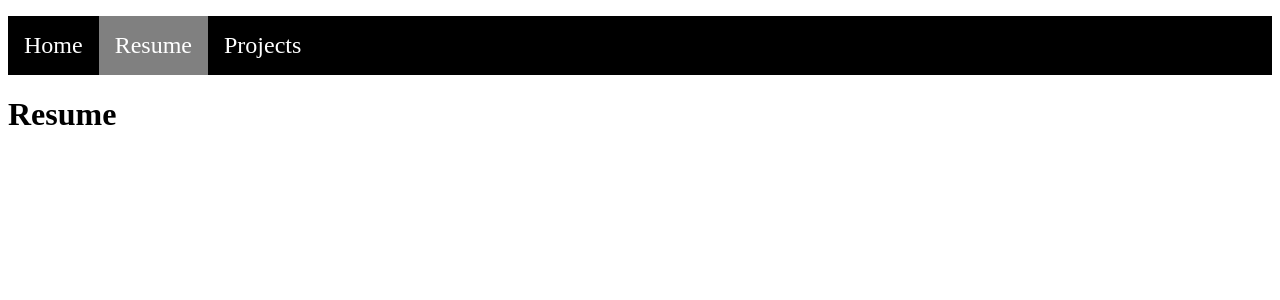
Repository: pflores002/pflores002.github.io
Page: resume.html
The author's editor kept a record of every edit. The page is drawn from the files as they stood at one moment, then again after the next edit.
The browser window is 1280 px wide. The pictures show the whole page.

Above is the page before.

### resume.html
<!DOCTYPE html>
<html>
    <head>
        <title>Home</title>
        <link rel="stylesheet" type="text/css" href="style.css">

    </head>
    <body>
        <ul class="navbar">
            <li><a href="./index.html">Home</a></li>
            <li class="active"><a href="resume.html">Resume</a></li>
            <li class="dropdown">
                <div>Projects</div>
                <ul class="dropdown-content">
                    <li><a href="project1.html">Project 1</a></li>
                    <li><a href="project2.html">Project 2</a></li>
                    <li><a href="project3.html">Project 3</a></li>
                </ul>
            </li>

        </ul>

        <h1>Resume</h1>





    </body>
</html>

### style.css
.navbar{
                list-style:none;
                background-color:black;
                overflow: hidden;
                padding: 0;
            }

            .navbar a, .dropdown div{
                text-decoration:none;
                color: white;
                font-size: 24px;
                padding: 16px;
                display: inline-block;

            }

            .navbar li{
                float: left;

            }

            .navbar li:hover{
                background-color: pink;
            }

            .dropdown-content{
                list-style:none;
                padding: 0;
                display:none;
                position:absolute;
                z-index: 1;
                background-color:black;
            }

            .dropdown-content li{
                float:none;

            }

            .dropdown:hover .dropdown-content{
                display:block;
            }

            .active{
                background-color:grey;
            }

After the next edit:
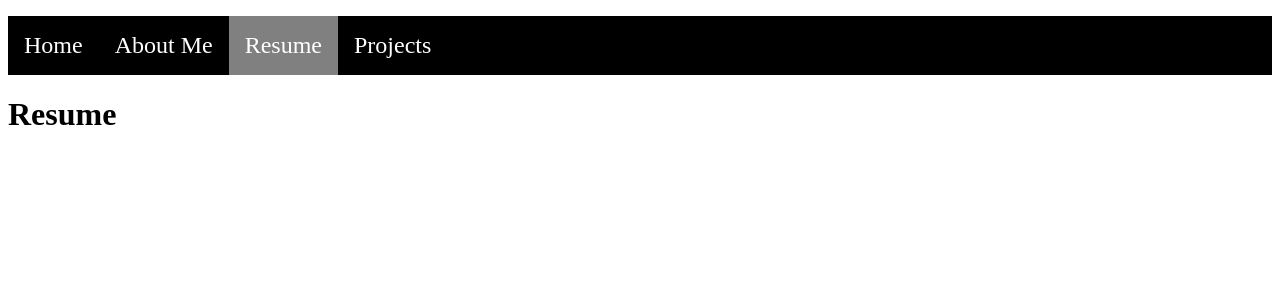
The edit:
--- a/resume.html
+++ b/resume.html
@@ -8,6 +8,7 @@
     <body>
         <ul class="navbar">
             <li><a href="./index.html">Home</a></li>
+            <li><a href="aboutme.html">About Me</a></li>
             <li class="active"><a href="resume.html">Resume</a></li>
             <li class="dropdown">
                 <div>Projects</div>
